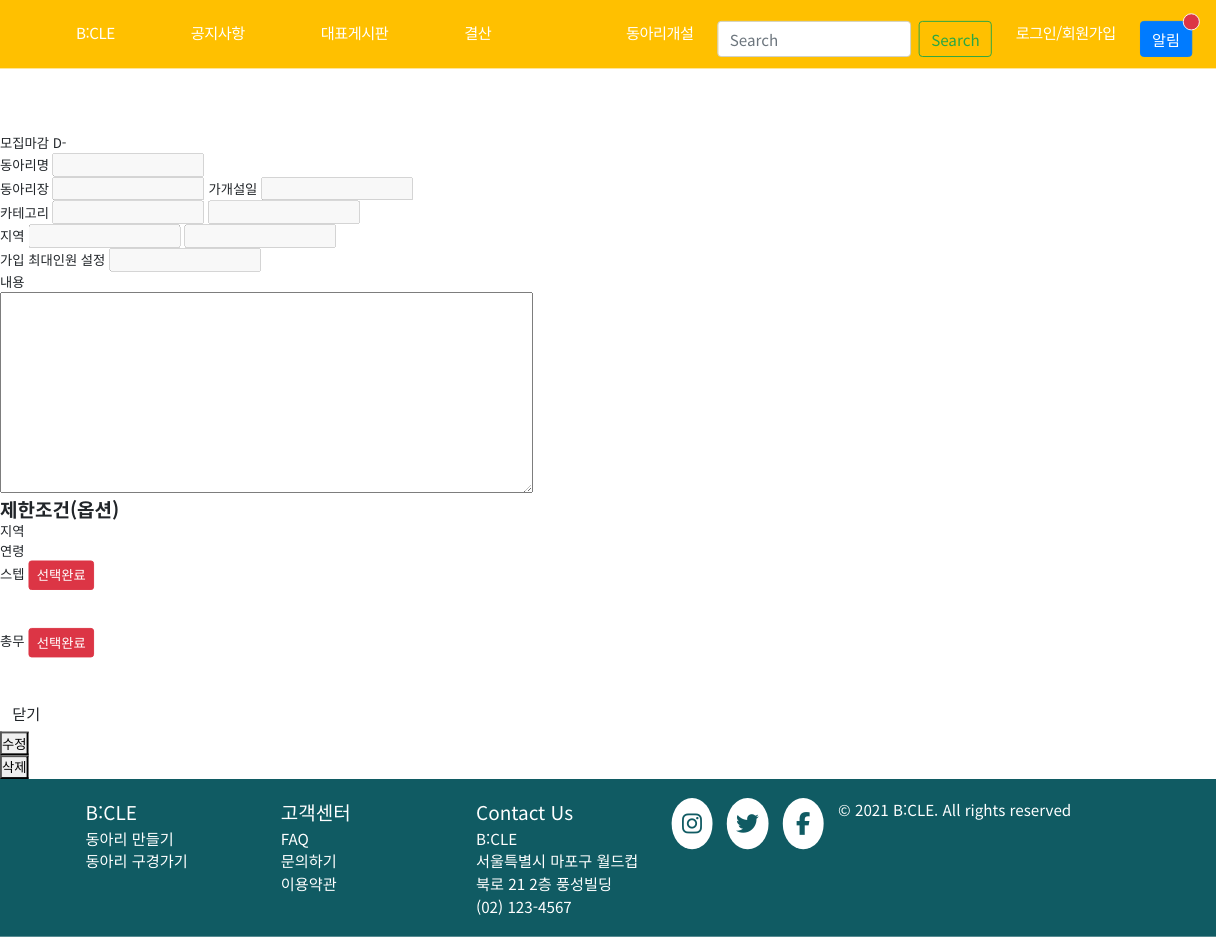
Repository: CHAEYUN7074/SpringProject
Page: http://localhost/viewpages/WEB-INF/view/ClubBeforeOpenedContents.jsp
An editor plug-in stored every save of this project. The page is shown before and after the next save, followed by the edit.
The browser window is 1280 px wide. The pictures show the whole page, at 95% of full size.
Some web fonts or font styles are not loaded; a fallback is used. Some web libraries are served in a nearby version. The page is served by Tomcat 9. Nobody is signed in. Other server files are loaded and not shown. The template is opened directly, without the code that normally fills it, so the values that code supplies are empty.

Above is the page before, as saved 2021-12-27 13:57:56.

### viewpages/WebContent/WEB-INF/view/ClubBeforeOpenedContents.jsp
<%@ page contentType="text/html; charset=UTF-8"%>
<%@ taglib prefix="c" uri="http://java.sun.com/jsp/jstl/core"%>
<%
   request.setCharacterEncoding("UTF-8");
String cp = request.getContextPath();
%>
<!DOCTYPE html>
<html>
<head>
<meta charset="UTF-8">
<title>ClubBeforeOpenedContents.jsp</title>
<script type="text/javascript" src="http://code.jquery.com/jquery.min.js"></script>
<script type="text/javascript" src="<%=cp%>/js/jquery-ui.js"></script>
<script type="text/javascript" src="<%=cp%>/js/ajax.js"></script>

<!-- 부트스트랩 -->

<!-- <link rel="stylesheet" href="https://maxcdn.bootstrapcdn.com/bootstrap/3.4.1/css/bootstrap.min.css"> -->
<link href="https://cdn.jsdelivr.net/npm/bootstrap@5.1.3/dist/css/bootstrap.min.css" rel="stylesheet">
  <script src="https://cdn.jsdelivr.net/npm/bootstrap@5.1.3/dist/js/bootstrap.bundle.min.js"></script>
<script type="text/javascript" src="js/bootstrap.min.js"></script>
<style type="text/css">
/* .box {
   width: 150px;
   height: 150px;
   border-radius: 70%;
   overflow: hidden;
}
 */
.profile {
   width: 100%;
   height: 100%;
   object-fit: cover;
}

.container {
   display: flex;
}

#staffModal {
   z-index: 9999;
}

#managerModal {
   z-index: 9999;
}



</style>

<script>
$(document).ready(function()
{
   //alert('${admin}');
   //alert(('${admin}' == ""));

   //스텝 지원하기 눌렀을 때
   $("#applyBtn1").click(function()
   {
      var cid = '${clubDetail.cid}';
      var mid = '${mid}';
      var position_id = 3; // 스태프 직위 번호는 3

      alert("스태프 지원 완료!");
      $(location).attr("href", "preclubjoininsert.action?cid="+cid+"&mid="+mid+"&position_id="+position_id);

    });

   //총무 지원하기 눌렀을 때
   $("#applyBtn2").click(function()
   {
      var cid = '${clubDetail.cid}';
      var mid = '${mid}';
      var position_id = 2; // 총무 직위 번호는 2

      alert("총무 지원 완료!");
      $(location).attr("href", "preclubjoininsert.action?cid="+cid+"&mid="+mid+"&position_id="+position_id);

    });

   //스텝 지원취소 눌렀을 때
   $("#cancleBtn1").click(function()
   {
      var cid = '${clubDetail.cid}';
      var mid = '${mid}';

      if(confirm("스태프 지원을 취소하겠습니까?"))
      {
         $(location).attr("href", "preclubjoindelete.action?cid="+cid+"&mid="+mid);
      }
    });

   //총무 지원취소 눌렀을 때
   $("#cancleBtn2").click(function()
   {
      var cid = '${clubDetail.cid}';
      var mid = '${mid}';

      if(confirm("총무 지원을 취소하겠습니까?"))
      {
         $(location).attr("href", "preclubjoindelete.action?cid="+cid+"&mid="+mid);
      }
    });


   $(function()
   {
      $(".updateBtn").click(function()
      {
         //alert($(this).val());
         $(location).attr("href", "preclubupdateform.action?cid=" + $(this).val());

      });

      $(".deleteBtn").click(function()
      {
         //alert($(this).val());
         if(confirm("현재 선택한 데이터를 정말 삭제하시겠습니까?"))
         {
            $(location).attr("href", "preclubdelete.action?cid=" + $(this).val());
         }
      });

   });

    //글 작성자에게만 수정 버튼이 보이도록한다.
      $(document).ready(function()
      {
         if ('${mid}' == '${clubDetail.mid}')

         {
            $("#updateBtn").css("display", "block");
         } else
         {
            $("#updateBtn").css("display", "none");
         }

      });

      //글 작성자에게만 삭제 버튼이 보이도록한다. ++ // 관리자
      $(document).ready(function()
      {

         if (('${mid}' == '${clubDetail.mid}') ||('${admin}' != ""))

         {
            $("#deleteBtn").css("display", "block");
         } else
         {
            $("#deleteBtn").css("display", "none");
         }

      });

      $(".updateBtn").click(function()
      {
         $('#managerModal').modal('show');
      });



});

</script>
</head>
<body>

   <!--
ClubBeforeOpenedContents.jsp
- 메인화면(로그인 전) 페이지 2 -⑤ 회원 모집 동아리 상세페이지(내용)
- 개절예정 동아리(스탭프 지원(동의)받는중)
 -->
   <div class="wrap">
      <!-- 네브 영역 -->
      <div>
         <c:import url="nav.jsp"></c:import>
      </div>


       <section class="list-title">
         <div class="title">
            <h2>Pre-open Club<span>.</span></h2>
            <p>개설 예정 동아리의 운영진이 되어보세요</p>
         </div>
      </section>

      <!-- 콘텐츠 영역 -->
      <div id="content">
         <div>
            <p>모집마감 D- ${clubDetail.day} </p>
         </div>

         <div>
            <form action="">
               <div>
                  <p>   동아리명
                  <input type="text" id="title" name="title" value="${clubDetail.title }"  disabled="disabled">
                  </p>
                  <p>
                     동아리장
                     <input type="text" id="nickname" name="nickname" value="${clubDetail.nickname }" disabled="disabled">
                     가개설일
                     <input type="text" id="preopendate" name="preopendate" value="${clubDetail.preopendate}" disabled="disabled">
                  </p>
                  <div>
                     카테고리
                     <input type="text" id="l_cat" name="l_cat" value="${clubDetail.l_cat}" disabled="disabled">
                     <input type="text" id="s_cat" name="s_cat" value="${clubDetail.s_cat}" disabled="disabled">
                  </div>
                  <div>
                     지역
                     <input type="text"  value="${clubDetail.city}" disabled="disabled">
                     <input type="text" value="${clubDetail.local}" disabled="disabled">
                  </div>
                  <p>
                     가입 최대인원 설정
                     <input type="text" value="${clubDetail.max}" disabled="disabled">
                  </p>
                  <div>
                     <p>내용</p>
                     <textarea rows="10" cols="70">
                     ${clubDetail.content}
                     </textarea>
                  </div>

                  <div>
                     <h5>제한조건(옵션)</h5>
                     <div>
                     <!-- if로 받아온 지역제한 코드가 'X'면 없음으로 보이고
                     있으면 받아온 지역명으로 보이게-->
                        지역&nbsp;
                     <c:choose>
                        <c:when test="${clubDetail.limit_id eq 'X'}">
                           <input type="text" value="없음" disabled="disabled">
                           <input type="text" value="없음" disabled="disabled">
                        </c:when>
                     </c:choose>
                     <c:choose>
                        <c:when test="${clubDetail.limit_id eq 'O'}">
                           <input type="text" value="${clubDetail.city}" disabled="disabled">
                           <input type="text" value="${clubDetail.local}" disabled="disabled">
                        </c:when>
                     </c:choose>
                     </div>

                     <div>
                     <!-- if로 받아온 나이제한 코드가 'X'면 없음으로 보이고
                     있으면 받아온 최대나이와 최소나이로 보이게  -->
                        연령&nbsp;
                        <c:choose>
                           <c:when test="${clubDetail.agelimit_id eq 'X'}">
                              <input type="text" value="없음" disabled="disabled">
                              <input type="text" value="없음" disabled="disabled">
                           </c:when>
                        </c:choose>
                        <c:choose>
                           <c:when test="${clubDetail.agelimit_id eq 'O'}">
                              <input type="text" value="${clubDetail.min_age}"
                                 disabled="disabled"> ~
                              <input type="text" value="${clubDetail.max_age}"
                                 disabled="disabled">
                           </c:when>
                        </c:choose>
                     </div>

                     <!-- 우선 자기 동아리 인지 / 아닌지
                     자기 동아리면 지원하기가 아니고 선정하기 -->

                     <div>
                        스텝
                        <c:choose>
                           <c:when test="${clubDetail.mid eq mid and staffCnt eq 0}">
                              <button type="button" class="btn btn-success btn-sm"
                                 data-bs-toggle="modal" data-bs-target="#staffModal" id="choiceBtn1">
                                 선정하기</button>

                           </c:when>
                           <c:when test="${clubDetail.mid eq mid and staffCnt ne 0}">
                              <input type="button" class="btn btn-danger btn-sm" value="선택완료" readonly="readonly" >
                           </c:when>
                           <c:when test="${joinCheck eq -1}"> <!-- 가입신청이 안되어있으면 지원하기 보임 -->
                              <input type="button" value="지원하기" id="applyBtn1" >
                           </c:when>
                           <c:when test="${joinCheck eq 3}"> <!-- 이미 해당 포지션에 지원 했다면 지원취소 보임 -->
                              <input type="button" value="지원취소" id="cancleBtn1" >
                           </c:when>
                        </c:choose>
                     <!--
                        <div class="container"> 5개마다 그려줘야함
                           <div class="box" style="background: #BDBDBD;">
                              <img class="profile" src="">
                           </div>
                           <div class="box" style="background: #BDBDBD;">
                              <img class="profile" src="">
                           </div>
                           <div class="box" style="background: #BDBDBD;">
                              <img class="profile" src="">
                           </div>
                           <div class="box" style="background: #BDBDBD;">
                              <img class="profile" src="">
                           </div>
                           <div class="box" style="background: #BDBDBD;">
                              <img class="profile" src="">
                           </div>
                        </div> - -->

                        <!-- 선정하기를 완료하면 선정완료로 변 -->
                        <div class="container">
                           <table>
                           <tr>
                              <c:forEach var="staff" items="${applyStaffList }" varStatus="status">
                                 <c:if test="${status.index%5==0 }">
                                    </tr><tr>
                                 </c:if>
                                 <td>
                                 <c:choose>
                                       <c:when test="${clubDetail.mid eq mid}"> <!-- 동아리 장이면 프로필 이동 가능 (a태그) -->
                                          <a href="memberprofile.action?mid=${staff.mid}"
                                          onclick="window.open(this.href, '회원 프로필' , 'width=900,height=600'); return false;">
                                          <img src="${staff.url }" class="rounded-circle" alt="Cinque Terre" width="100" height="100">
                                          <br> ${staff.nickname }
                                          </a>
                                       </c:when>
                                       <c:otherwise> <!-- 동아리 장 아니면 프로필 이동 불가, 사진과 닉네임만 보여짐 -->
                                          <img src="${staff.url }" class="rounded-circle" alt="Cinque Terre" width="100" height="100">
                                          <br> ${staff.nickname }
                                       </c:otherwise>
                                    </c:choose>
                                 </td>
                              </c:forEach>
                           </tr>

                           </table>
                        </div>
                     </div>

                     <div>
                        총무
                        <c:choose>
                           <c:when test="${clubDetail.mid eq mid and managerCnt eq 0}">
                              <button type="button" class="btn btn-success btn-sm"
                                 data-bs-toggle="modal" data-bs-target="#managerModal"
                                  id="choiceBtn2">
                                 선정하기</button>
                                 <%-- <c:import url="ChoiceModal.jsp"></c:import> --%>
                           </c:when>
                           <c:when test="${clubDetail.mid eq mid and managerCnt ne 0}">
                              <input type="button" class="btn btn-danger btn-sm" value="선택완료" readonly="readonly" >
                           </c:when>
                           <c:when test="${joinCheck eq -1}">
                              <input type="button" value="지원하기" id="applyBtn2" >
                           </c:when>
                           <c:when test="${joinCheck eq 2}">
                              <input type="button" value="지원취소" id="cancleBtn2" >
                           </c:when>
                        </c:choose>

                        <div class="container">
                           <table>
                           <tr>
                              <c:forEach var="manager" items="${applyManagerList }" varStatus="status">
                                 <c:if test="${status.index%5==0 }">
                                    </tr><tr>
                                 </c:if>
                                 <td>
                                    <c:choose>
                                       <c:when test="${clubDetail.mid eq mid}"> <!-- 동아리 장이면 프로필 이동 가능 (a태그) -->
                                          <a href="memberprofile.action?mid=${manager.mid}"
                                          onclick="window.open(this.href, '회원 프로필' , 'width=900,height=600'); return false;">
                                          <img src="${manager.url }" class="rounded-circle" alt="Cinque Terre" width="100" height="100">
                                          <br> ${manager.nickname }
                                          </a>
                                       </c:when>
                                       <c:otherwise>
                                          <img src="${manager.url }" class="rounded-circle" alt="Cinque Terre" width="100" height="100">
                                          <br> ${manager.nickname }
                                       </c:otherwise>
                                    </c:choose>

                                 </td>
                              </c:forEach>
                           </tr>

                           </table>
                        </div>
                     </div>

                  <div>
                        <button type="button" class="btn" id="closeBtn"
                           onclick="location.href='clubprelistform.action'">닫기</button>

                        <button type="button" class="updateBtn" id="updateBtn"
                           onclick="checkId()" value="${clubDetail.cid }"
                           style="display: block">수정</button>
                        <button type="button" class="deleteBtn" id="deleteBtn" onclick="checkId2()"
                           value="${clubDetail.cid }">삭제</button>
                     </div>


               </div>
            </form>
         </div>
      </div>

      <!-- 풋터영역 -->
      <div>
         <c:import url="footer.jsp"></c:import>
      </div>

   </div>
<!-- ○ 스태프 선택 모달 -->
<!-- Modal : 처음에는 안보이게 설정이 되어 있다. -->
<!-- The Modal -->
<div class="modal fade" id="staffModal">  <!-- fade 천천히 나타나게 해주는 -->
  <div class="modal-dialog "> <!-- 뒤에 백그라운드 어두어지게 하는거 -->

    <!-- Modal content -->
    <form action="memberselect.action?cid=${clubDetail.cid }" method="post"> <!-- 폼태그로 넘기거나, 자바스크립트를 사용하거나  -->
    <div class="modal-content"> <!-- 모달의 전체적인 구성 -->

      <!-- Modal Header -->
      <div class="modal-header">
        <h5 class="modal-title">함께하기</h5>
        <button type="button" class="btn-close" data-bs-dismiss="modal"></button> <!-- X버튼을 클릭하면 모달이 닫힌다. -->
      </div>

      <!-- Modal body -->
      <div class="modal-body">
         <div class="row">
            <c:forEach var="staff" items="${applyStaffList }" varStatus="status">
               <c:if test="${status.index%3==0 }">
                  </div><div class="row">
               </c:if>
               <div class="col-lg-4">
                  <img src="${staff.url }" class="rounded-circle" alt="Cinque Terre" width="80" height="80">
                  <p>${staff.nickname }<p>
                  &nbsp;&nbsp;&nbsp;&nbsp;&nbsp;
                  <input type="radio" class="form-check-input" id="selectRadio" name="selectRadio" value="${staff.mid }">
                  <label class="form-check-label" for="selectRadio"></label>
               </div>
            </c:forEach>
            </div>
      </div>

      <!-- Modal footer -->
      <div class="modal-footer">
         <button type="submit" class="btn btn-success" data-bs-dismiss="modal">선택</button>
        <button type="button" class="btn btn-danger" data-bs-dismiss="modal">취소</button>
      </div>

    </div> <!-- end modal-content  -->
    </form>

  </div>
</div> <!-- staffModal end -->

 <!-- 총무 선택 모달 -->
<div class="modal fade" id="managerModal">  <!-- fade 천천히 나타나게 해주는 -->
  <div class="modal-dialog "> <!-- 뒤에 백그라운드 어두어지게 하는거 -->

    <!-- Modal content -->
    <form action="memberselect.action?cid=${clubDetail.cid }" method="post"> <!-- 폼태그로 넘기거나, 자바스크립트를 사용하거나  -->
    <div class="modal-content"> <!-- 모달의 전체적인 구성 -->

      <!-- Modal Header -->
      <div class="modal-header">
        <h5 class="modal-title">함께하기</h5>
        <button type="button" class="btn-close" data-bs-dismiss="modal"></button> <!-- X버튼을 클릭하면 모달이 닫힌다. -->
      </div>

      <!-- Modal body -->
      <div class="modal-body">
         <div class="row">
            <c:forEach var="manager" items="${applyManagerList }" varStatus="status">
               <c:if test="${status.index%3==0 }">
                  </div><div class="row">
               </c:if>
               <div class="col-lg-4">
                  <img src="${manager.url }" class="rounded-circle" alt="Cinque Terre" width="80" height="80">
                  <p>${manager.nickname }<p>
                  &nbsp;&nbsp;&nbsp;&nbsp;&nbsp;
                  <input type="radio" class="form-check-input" id="selectRadio" name="selectRadio" value="${manager.mid }">
                  <label class="form-check-label" for="selectRadio"></label>
               </div>
            </c:forEach>
            </div>
      </div>

      <!-- Modal footer -->
      <div class="modal-footer">
         <button type="submit" class="btn btn-success" data-bs-dismiss="modal">선택</button>
        <button type="button" class="btn btn-danger" data-bs-dismiss="modal">취소</button>
      </div>

    </div> <!-- end modal-content  -->
    </form>

  </div>
</div>

</body>
</html>

Loaded but not shown: viewpages/WebContent/js/jquery-ui.js (library); viewpages/WebContent/js/bootstrap.min.js (library); viewpages/WebContent/js/ajax.js (47 lines, source omitted); viewpages/WebContent/WEB-INF/view/nav.jsp (266 lines, source omitted); viewpages/WebContent/WEB-INF/view/footer.jsp (213 lines, source omitted)

After the next save:
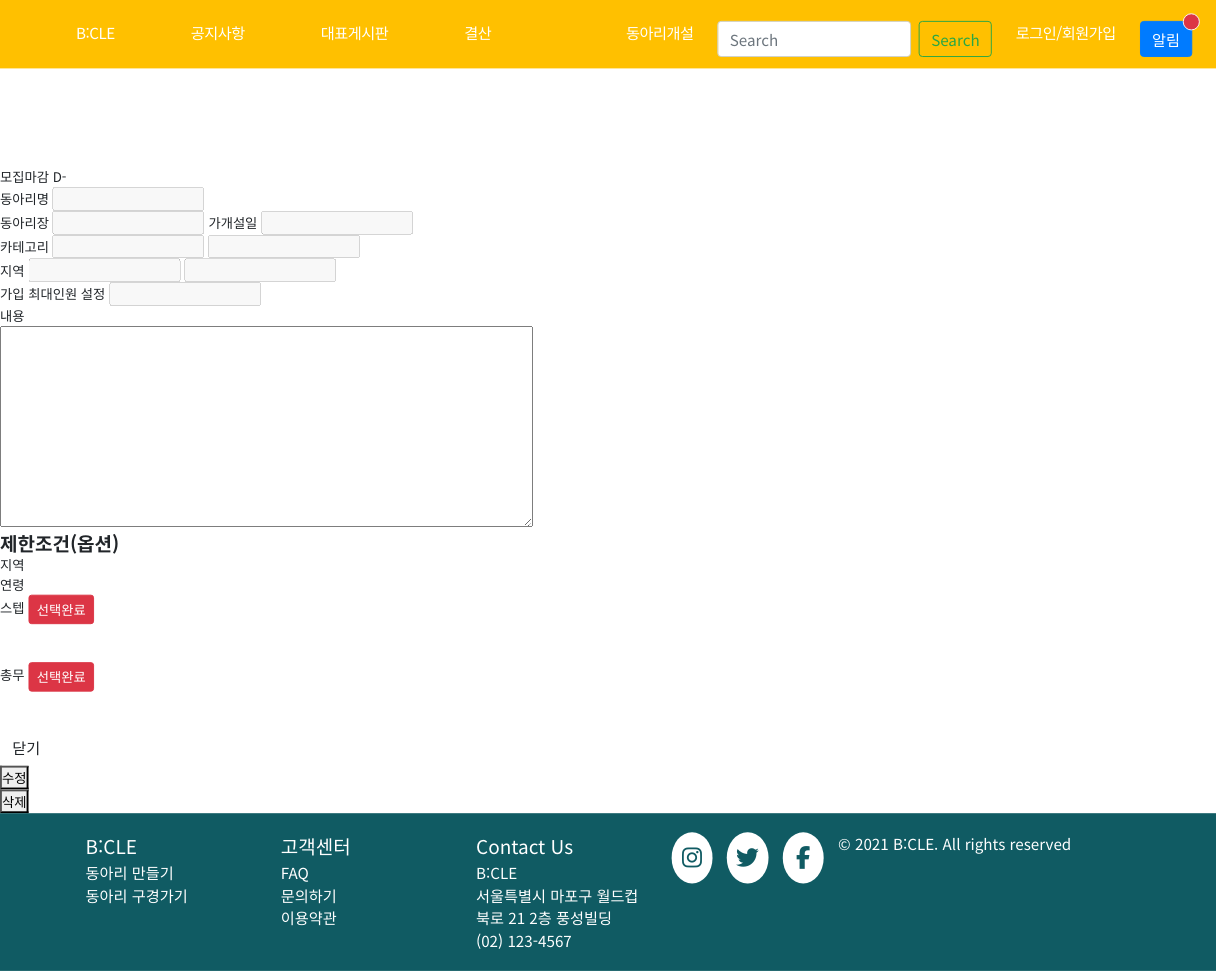
Saved 44 s later.
--- a/viewpages/WebContent/WEB-INF/view/ClubBeforeOpenedContents.jsp
+++ b/viewpages/WebContent/WEB-INF/view/ClubBeforeOpenedContents.jsp
@@ -20,13 +20,7 @@ String cp = request.getContextPath();
   <script src="https://cdn.jsdelivr.net/npm/bootstrap@5.1.3/dist/js/bootstrap.bundle.min.js"></script>
 <script type="text/javascript" src="js/bootstrap.min.js"></script>
 <style type="text/css">
-/* .box {
-   width: 150px;
-   height: 150px;
-   border-radius: 70%;
-   overflow: hidden;
-}
- */
+.list-title{margin-top : 5vh;}
 .profile {
    width: 100%;
    height: 100%;
